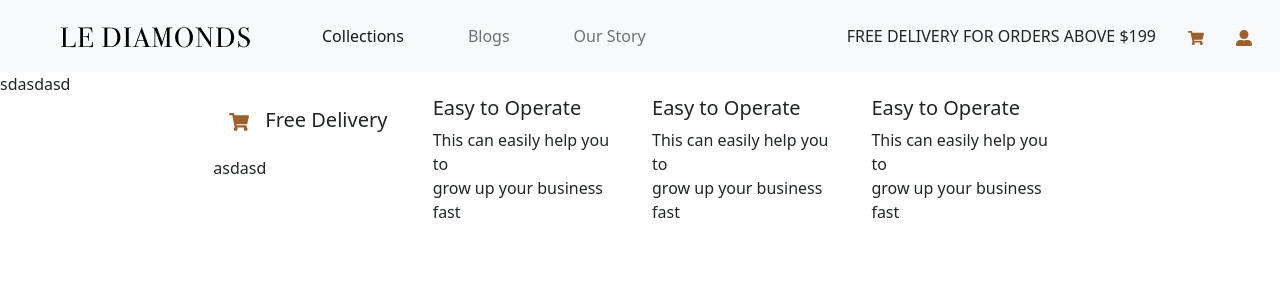
Repository: farrelmuhammad/lediamonds-vi8e
Page: /
The author's editor kept a copy of each file at every save. The page is drawn from the files as they stood at one save, then again after the next save.
The browser window is 1280 px wide. The pictures show the whole page.
The project was rebuilt for these pictures with package versions that can differ from the ones it lists, and the page was loaded fresh each time. Also part of the build but not shown: src/App.css.

Above is the page before, as saved 2022-09-17 11:17:35.

### src/index.css
@import url('https://fonts.googleapis.com/css2?family=Cabin:wght@400;500;600&display=swap');

body {
  margin: 0;
  font-family: -apple-system, BlinkMacSystemFont, 'Segoe UI', 'Roboto', 'Oxygen',
    'Ubuntu', 'Cantarell', 'Fira Sans', 'Droid Sans', 'Helvetica Neue',
    sans-serif;
  -webkit-font-smoothing: antialiased;
  -moz-osx-font-smoothing: grayscale;
}

code {
  font-family: source-code-pro, Menlo, Monaco, Consolas, 'Courier New',
    monospace;
}

.icons {
  color: #9B622F;
}

### src/App.js
import logo from './logo.svg';
import './App.css';
import Homepage from './pages/Homepage';

function App() {
  return (
    <>
      <Homepage />
    </>
  );
}

export default App;

### src/pages/Homepage.jsx
import React from "react";
import Content from "../components/Content";
import Header from "../components/Header";
import Jumbotron from "../components/Jumbotron";

const Homepage = () => {
  return (
    <>
      <Header />
      <Jumbotron />
      <Content />
    </>
  );
};

export default Homepage;

### src/components/Content.jsx
import React from "react";
import { FaShoppingCart, FaUserAlt } from "react-icons/fa";

const Content = () => {
  return (
    <>
      <div className="d-flex justify-content-center">
        <div className="row">
          <div className="col">
            <h5 class="icon-title"><FaShoppingCart className="icons m-3" />Free Delivery</h5>
            <p class="icon-caption">
             asdasd
            </p>
          </div>
          <div className="col">
            <h5 class="icon-title">Easy to Operate</h5>
            <p class="icon-caption">
              This can easily help you to
              <br />
              grow up your business fast
            </p>
          </div>
          <div className="col">
            <h5 class="icon-title">Easy to Operate</h5>
            <p class="icon-caption">
              This can easily help you to
              <br />
              grow up your business fast
            </p>
          </div>
          <div className="col">
            <h5 class="icon-title">Easy to Operate</h5>
            <p class="icon-caption">
              This can easily help you to
              <br />
              grow up your business fast
            </p>
          </div>
        </div>
      </div>
    </>
  );
};

export default Content;

### src/components/Header.jsx
import React from "react";
import Logo from "../assets/images/Logo.png";
import { FaShoppingCart, FaUserAlt } from "react-icons/fa";

const Header = () => {
  return (
    <>
      <nav className="navbar navbar-expand-lg navbar-light bg-light">
        <div className="container-fluid">
          <a className="navbar-brand ms-5" href="#">
            <img src={Logo} alt="Le Diamonds" />
          </a>
          <button
            className="navbar-toggler"
            type="button"
            data-bs-toggle="collapse"
            data-bs-target="#navbarSupportedContent"
            aria-controls="navbarSupportedContent"
            aria-expanded="false"
            aria-label="Toggle navigation"
          >
            <span className="navbar-toggler-icon"></span>
          </button>
          <div className="collapse navbar-collapse" id="navbarSupportedContent">
            <ul className="navbar-nav me-auto mb-2 mb-lg-0">
              <li className="nav-item ms-5">
                <a className="nav-link active" aria-current="page" href="#">
                  Collections
                </a>
              </li>
              <li className="nav-item ms-5">
                <a className="nav-link" href="#">
                  Blogs
                </a>
              </li>
              <li className="nav-item ms-5">
                <a className="nav-link" href="#">
                  Our Story
                </a>
              </li>
            </ul>
            <div className="d-flex">
              <ul className="navbar-nav me-auto mb-2 mb-lg-0">
                <li className="nav-item m-3">
                  FREE DELIVERY FOR ORDERS ABOVE $199
                </li>
                <li className="nav-item icons m-3">
                  <FaShoppingCart />
                </li>
                <li className="nav-item icons m-3">
                  <FaUserAlt />
                </li>
              </ul>
            </div>
          </div>
        </div>
      </nav>
    </>
  );
};

export default Header;

### src/components/Jumbotron.jsx
import React from "react";

const Jumbotron = () => {
  return (
    <>
      sdasdasd
    </>
  );
};

export default Jumbotron;

Loaded but not shown: public/index.html (common file); src/index.js (common file); src/reportWebVitals.js (common file)

After the next save:
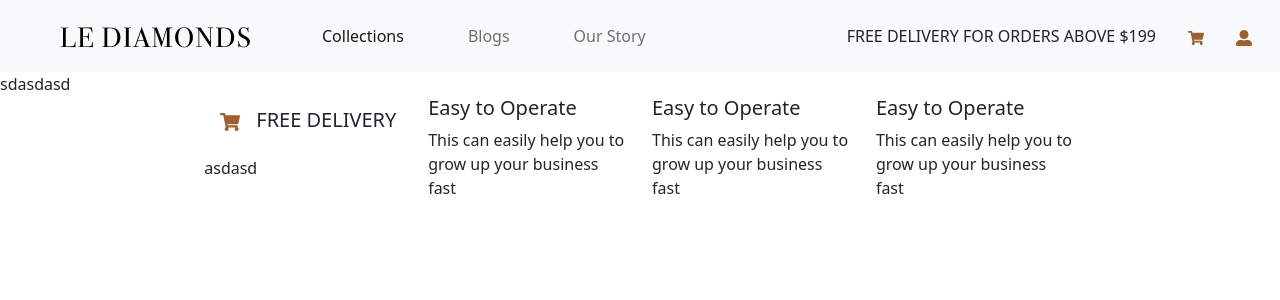
Saved 13 s later.
--- a/src/components/Content.jsx
+++ b/src/components/Content.jsx
@@ -7,7 +7,7 @@
       <div className="d-flex justify-content-center">
         <div className="row">
           <div className="col">
-            <h5 class="icon-title"><FaShoppingCart className="icons m-3" />Free Delivery</h5>
+            <h5 class="icon-title"><FaShoppingCart className="icons m-3" />FREE DELIVERY</h5>
             <p class="icon-caption">
              asdasd
             </p>
